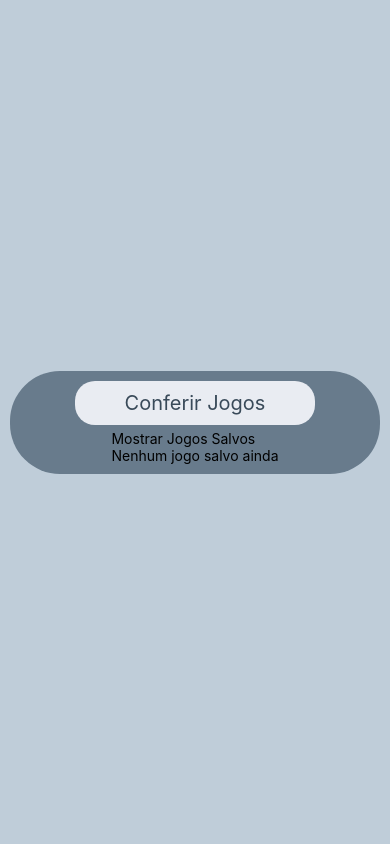
Repository: Deyvid-Kasteh/LotofacilApp
Screen: /
These files come from the project's save history. The screen is drawn as it stood at one moment and after a run of saves; the edit follows.
The app was drawn by React Native's web renderer in a window 390 px wide. The project was rebuilt for these pictures with package versions that can differ from the ones it lists, and the page was loaded fresh each time. Also part of the build but not shown: Bolhas.js, components/Resultado.js, assets/Cores.js, components/Jogo.js, paginaTESTE2.js, SeuComponentePai.js, components/ResultadoTexte2.js.

Above is the screen before, as saved 2023-12-02 01:25:12.

After the next 2 saves:
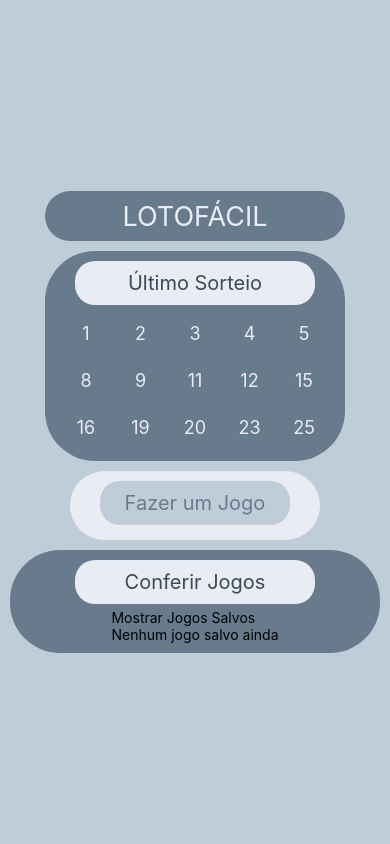
The 2 saves are shown as one change because they came seconds apart.
The last was saved 40 s later.
--- a/pages/MainPage.js
+++ b/pages/MainPage.js
@@ -27,10 +27,10 @@
       {/* <PaginaTesteee /> */}
       {/* <Teste2pagina/> */}
       {/* <SeuComponentePai/> */}
-      {/* <ResultadoTexte /> */}
+      <ResultadoTexte />
       {/* <ResultadoTexte2/> */}
       {/* <MostrarJogosSalvos /> */}
-      <ResultadoTexteParaFazerCorreções/>
+      {/* <ResultadoTexteParaFazerCorreções/> */}
     </View>
   );
 }
